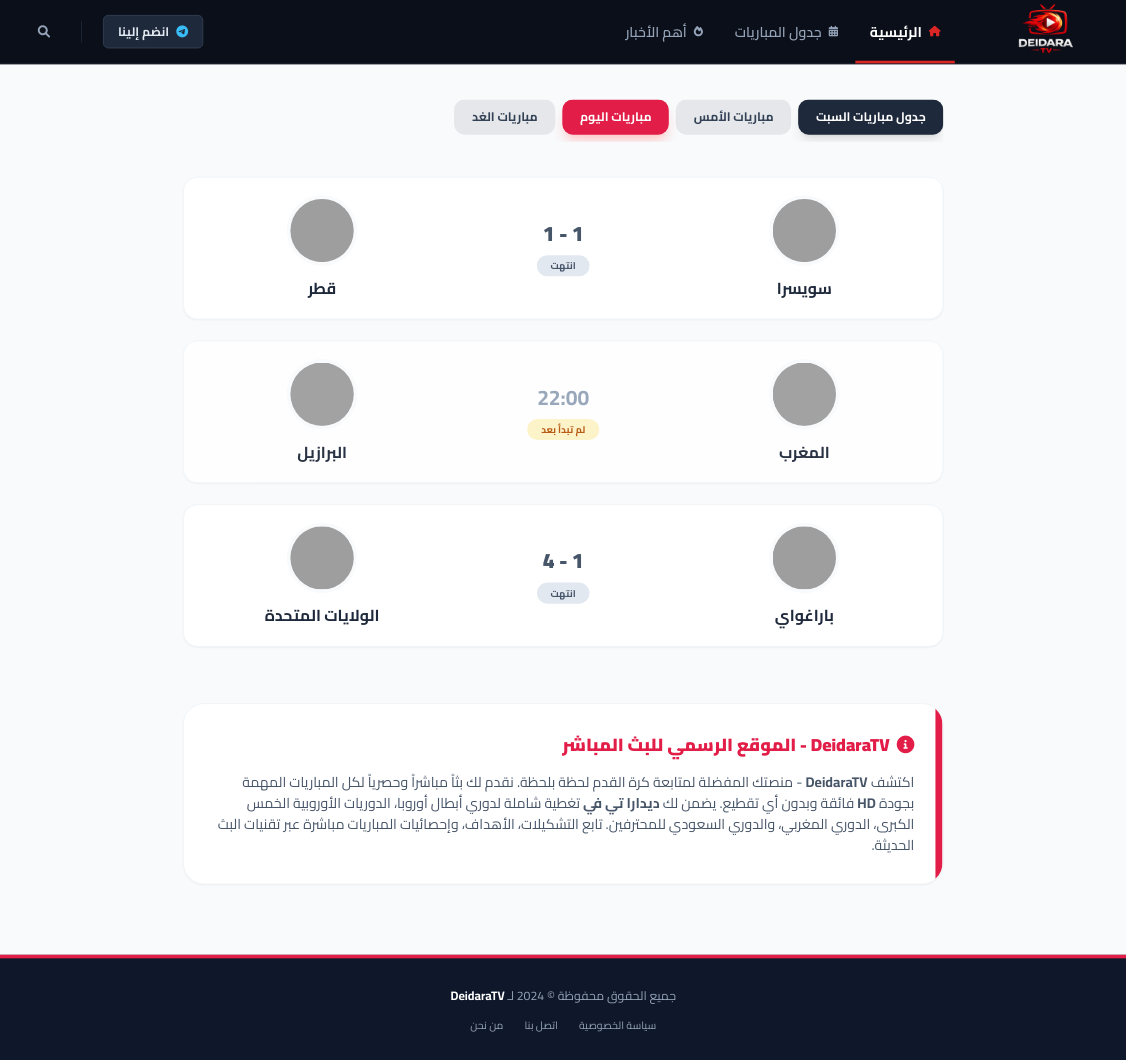
Repository: zakariax05/deidaraTV
Page: index.html
These files come from the project's save history. The page is drawn as it stood at one moment and after the next save; the edit follows.
The browser window is 1280 px wide. The pictures show the whole page, at 88% of full size.
Pictures or frames that could not be fetched are drawn as grey boxes. Some web libraries are served in a nearby version.

Above is the page before, as saved 2026-06-14 03:46:16.

After the next save:
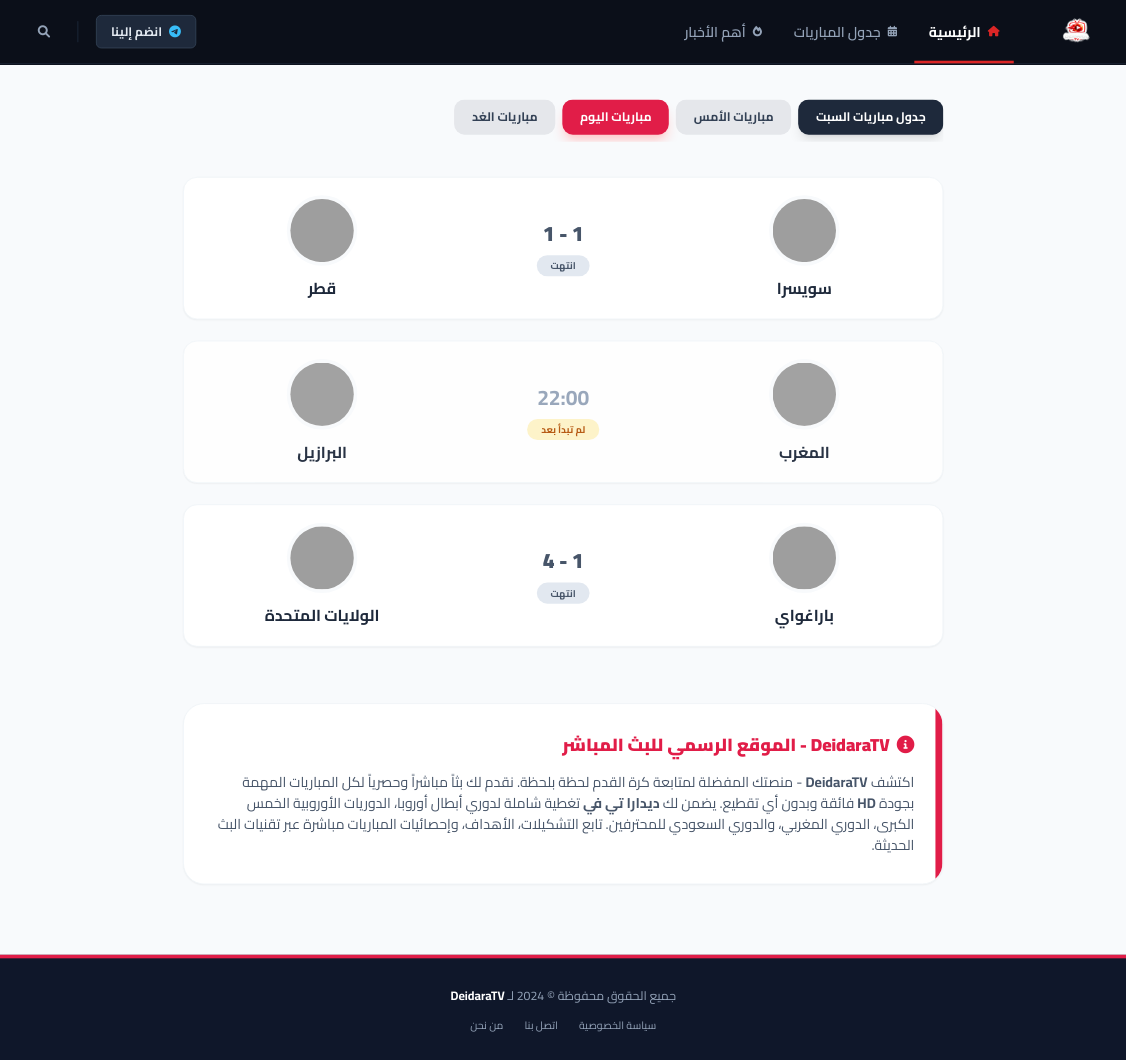
Saved 88 s later.
--- a/index.html
+++ b/index.html
@@ -42,14 +42,15 @@
   <!-- Header / الهيدر -->
   <!-- الهيدر المطور للرئيسية - DeidaraTV -->
   <header class="bg-[#0b0f19] text-slate-300 border-b border-slate-800/80 sticky top-0 z-[100]">
-    <div class="container mx-auto px-4 lg:px-8">
+    <div class="container mx-auto px-4 lg:px-8 relative">
       <div class="flex justify-between items-center h-16 md:h-[72px]" dir="rtl">
 
         <div class="flex items-center gap-8 lg:gap-12">
           <div onclick="window.location.reload()"
             class="flex items-center gap-3 cursor-pointer group select-none relative z-50">
             <img src="imgs/logo-deidaratv.png" alt="DeidaraTV Logo"
-              class="h-[{60px}] md:h-[115px] w-auto object-contain transition-opacity hover:opacity-80">
+              class="h-10 md:h-12 w-auto object-contain transition-opacity hover:opacity-80"
+              style="filter: drop-shadow(1px 1px 0px #fff) drop-shadow(-1px -1px 0px #fff) drop-shadow(1px -1px 0px #fff) drop-shadow(-1px 1px 0px #fff);">
           </div>
 
           <nav class="hidden lg:flex items-center gap-1 h-full">
@@ -68,30 +69,72 @@
           </nav>
         </div>
 
-        <div class="flex items-center gap-4">
-
+        <div class="flex items-center gap-3 md:gap-4">
           <a href="#"
-            class="bg-[#1e293b] hover:bg-[#334155] border border-slate-700 text-white px-4 py-2 rounded-md transition-all flex items-center gap-2 font-bold text-sm">
+            class="bg-[#1e293b] hover:bg-[#334155] border border-slate-700 text-white px-3 py-2 md:px-4 md:py-2 rounded-md transition-all flex items-center gap-2 font-bold text-sm">
             <i class="fab fa-telegram-plane text-[#38bdf8]"></i>
             <span class="hidden md:inline text-slate-200">انضم إلينا</span>
           </a>
 
-          <div class="hidden md:block w-px h-6 bg-slate-800 mx-2"></div>
+          <div class="hidden md:block w-px h-6 bg-slate-800 mx-1"></div>
 
           <button
-            class="w-9 h-9 flex items-center justify-center rounded-md text-slate-400 hover:text-white hover:bg-slate-800 transition-colors">
+            class="hidden md:flex w-9 h-9 items-center justify-center rounded-md text-slate-400 hover:text-white hover:bg-slate-800 transition-colors">
             <i class="fas fa-search text-sm"></i>
           </button>
 
-          <button
+          <button id="mobile-menu-btn"
             class="lg:hidden w-9 h-9 flex items-center justify-center rounded-md text-slate-400 hover:text-white hover:bg-slate-800 transition-colors">
             <i class="fas fa-bars text-lg"></i>
           </button>
         </div>
-
-      </div>
+      </div>
+    </div>
+
+    <div id="mobile-menu"
+      class="hidden lg:hidden absolute top-full left-0 w-full bg-[#0b0f19] border-b border-slate-800 shadow-2xl"
+      dir="rtl">
+      <nav class="flex flex-col px-4 py-3 gap-2">
+        <a href="#"
+          class="flex items-center gap-3 px-4 py-3 rounded-md bg-white/5 text-white font-bold border-r-2 border-red-600 transition-colors">
+          <i class="fas fa-home text-sm text-red-600"></i> الرئيسية
+        </a>
+        <a href="#"
+          class="flex items-center gap-3 px-4 py-3 rounded-md text-slate-400 hover:text-white hover:bg-white/5 transition-colors font-semibold">
+          <i class="fas fa-calendar-alt text-sm"></i> جدول المباريات
+        </a>
+        <a href="#"
+          class="flex items-center gap-3 px-4 py-3 rounded-md text-slate-400 hover:text-white hover:bg-white/5 transition-colors font-semibold">
+          <i class="fas fa-fire text-sm"></i> أهم الأخبار
+        </a>
+
+        <div class="w-full h-px bg-slate-800 my-2"></div>
+
+        <button
+          class="flex items-center gap-3 px-4 py-3 rounded-md text-slate-400 hover:text-white hover:bg-white/5 transition-colors font-semibold text-right w-full">
+          <i class="fas fa-search text-sm"></i> بحث
+        </button>
+      </nav>
     </div>
   </header>
+
+  <script>
+    const btn = document.getElementById('mobile-menu-btn');
+    const menu = document.getElementById('mobile-menu');
+    const icon = btn.querySelector('i');
+
+    btn.addEventListener('click', () => {
+      menu.classList.toggle('hidden');
+      // تغيير الأيقونة بين القائمة وعلامة الإغلاق
+      if (menu.classList.contains('hidden')) {
+        icon.classList.remove('fa-times');
+        icon.classList.add('fa-bars');
+      } else {
+        icon.classList.remove('fa-bars');
+        icon.classList.add('fa-times');
+      }
+    });
+  </script>
 
   <!-- Content / المحتوى الرئيسي -->
   <main class="container mx-auto px-4 max-w-4xl mt-10 pb-20">
